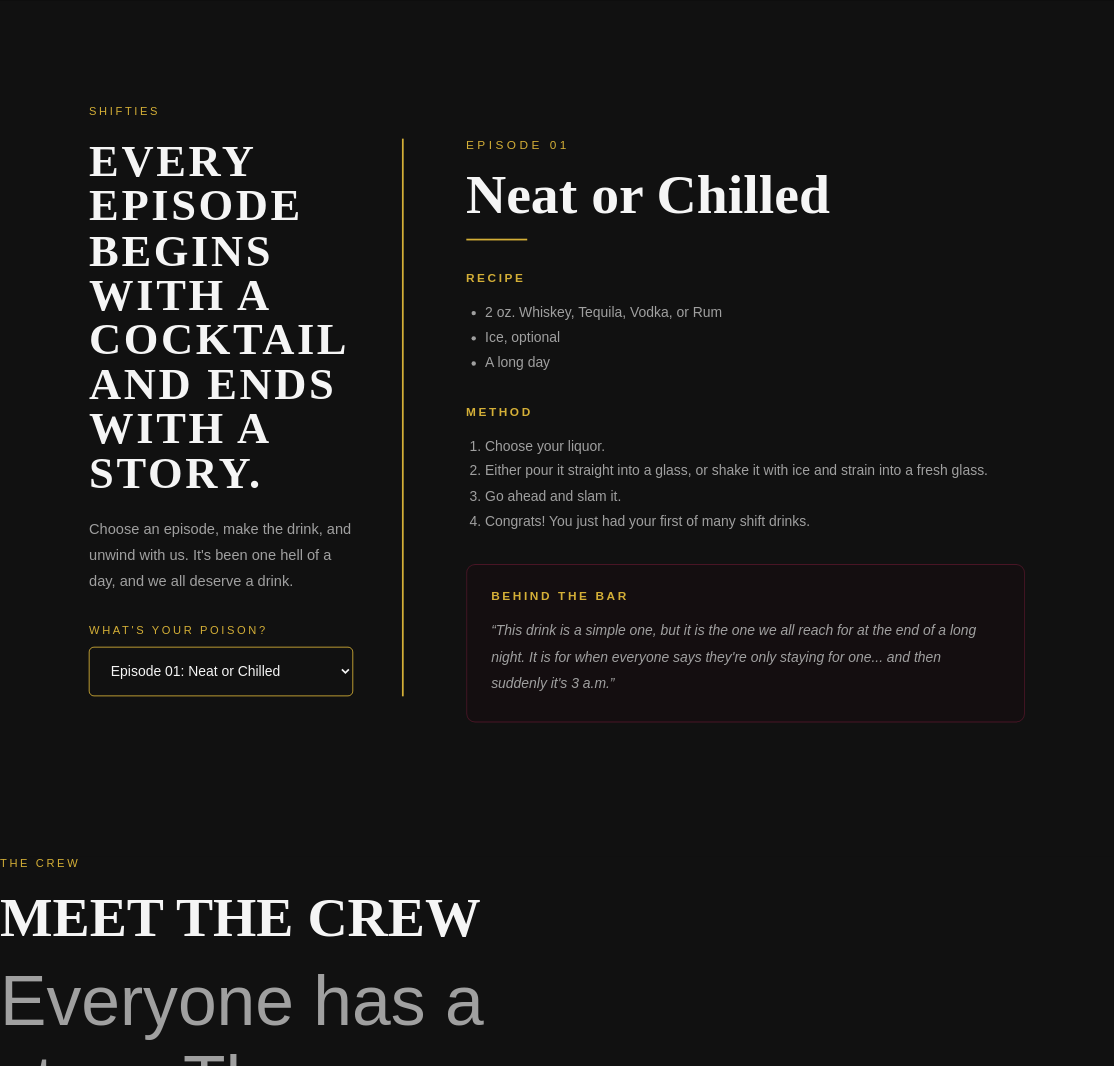
Repository: Gage-Codes/BarRot
Page: css/Website.html
These files come from the project's save history. The page is drawn as it stood at one moment and after the next save; the edit follows.
The browser window is 1280 px wide. The pictures show the part of the page from y = 2336 to 3561 px (the page is 4637 px tall before and 4198 px after), at 87% of full size.
Pictures or frames that could not be fetched are drawn as grey boxes.

Above is the page before, as saved 2026-07-03 01:21:59.
Not found: css/java.js

### css/Website.html
<!DOCTYPE html>
<html lang="en">

<head>
    <meta charset="UTF-8">
    <meta name="viewport" content="width=device-width, initial-scale=1.0">
    <title>Bar Rot: Your Neighborhood Podcast</title>
    <link href="https://fonts.googleapis.com/css2?family=Cormorant+Garamond:wght@400;700&family=Roboto:wght@400;700&display=swap" rel="stylesheet">
    <link rel="stylesheet" href="style.css">
</head>

<!-- The Navigation Bar/Logo -->

<body>
<header>
    <nav class="navbar">
        <a href="#" class="logo">BAR ROT</a>
        <ul class="nav-links">
            <li><a href="#about">About</a></li>
            <li><a href="#episodes">Episodes</a></li>
            <li><a href="#recipes">Recipes</a></li>
            <li><a href="#hosts">Hosts</a></li>
            <li><a href="#reviews">Reviews</a></li>
            <li><a href="#contact">Contact</a></li>
        </ul>
    </nav>
</header>

<!-- Title/Hero Section -->

<main>
    <section id="hero">
        <div class="hero-content">

            <p class="eyebrow">A late-night podcast</p>
            <h1>Where bad decisions make good stories.</h1>
            <p class="hero-text">
                Bar Rot is a podcast about the chaos of working in nightlife and the friendships
                we've made along the way. These are the stories we tell after last call.
            </p>
            <div class="hero-buttons">
                <a href="#episodes" class="btn primary-btn">Listen Now</a>
                <a href="#about" class="btn secondary-btn">Learn More</a>
            </div>
        </div>
    </section>

<!-- The About Section -->

    <section id="about">
        <div class="section-label">About the Podcast</div>
        <div class="about-grid">
            <div>
                <h2>Come find a spot at the bar. We have some shit to talk about.</h2>
            </div>
            <div>
                <p>
                    Welcome to Bar Rot! The late-night podcast where we discuss nightlife,
                    bad decisions, friendship, dating, work, the chaos of the industry, and how Terry keeps
                    calling out and still has a job.
                </p>
                <p>
                    Join us for our post-shift therapy session, some trash talk, and a few good laughs.
                    Bar Rot is for anyone who regrets saying “one more shot”...
                    and for those of us who pour them.
                </p>
            </div>
        </div>
    </section>

<!--Episodes (Recent Episode) Section -->

    <section id="episodes">
        <div class="section-label">Latest Episodes</div>
        <div class="episodes-header">
            <h2>Real stories with real friends.</h2>
            <p>Three bartenders. One bottle. No filter.</p>
        </div>
        <article class="episode-card">
            <div class="episode-cover-area">
                <div class="record">
                    <div class="record-label">
                        <span>BAR</span>
                        <span>ROT</span>
                    </div>
                </div>
                <div class="album-cover">
                    <img src="images/episode-one.jpg" alt="The Bar Rot hots sitting togeather after work unwinding with a few dinks">
                </div>
            </div>
            <div class="episode-info">
                <p class="episode-number">Episode 01</p>
                <h3>Better To Leave It Where We Found It</h3>
                <p class="episode-description">
                    The stories we tell at the end of the night are the ones we probably shouldn't.
                    Welcome to the first round of Bar Rot.
                </p>
                <div class="episode-meta">
                    <span>46 minutes</span>
                    <span>June 2026</span>
                </div>
                <div class="cocktail-box">
                    <p>This Episodes Shift Drink:</p>
                    <h4>Neat or Chilled</h4>
                </div>
                <div class="episode-buttons">
                    <a href="#" class="btn primary-btn">Listen Now</a>
                    <a href="#recipes" class="btn secondary-btn">View Recipe</a>
                </div>
            </div>
        </article>
    </section>

<!--Shift Drinks/Recipes Section -->

    <section id="recipes">
        <div class="section-label">Shifties</div>
            <div class="recipes-layout">
                <div class="recipe-intro">
                    <h2>Every episode begins with a cocktail and ends with a story.</h2>
                    <p>
                        Choose an episode, make the drink, and unwind with us.
                        It's been one hell of a day, and we all deserve a drink.
                    </p>
                    <label for="cocktail-select">What's your poison?</label>
                    <select id="cocktail-select">
                        <option value="episode-one">Episode 01: Neat or Chilled</option>
                        <option value="episode-two">Episode 02: Schedule Not Yet Posted</option>
                        <option value="episode-three">Episode 03: Schedule Not Yet Posted</option>
                    </select>
                </div>
                <div class="recipe-content">
                    <p class="episode-number">Episode 01</p>
                    <h3>Neat or Chilled</h3>
                    <div class="recipe-divider">
                    </div>
                    <div class="recipe-block">
                        <h4>Recipe</h4>
                        <ul>
                            <li>2 oz. Whiskey, Tequila, Vodka, or Rum</li>
                            <li>Ice, optional</li>
                            <li>A long day</li>
                        </ul>
                    </div>
                    <div class="recipe-block">
                        <h4>Method</h4>
                        <ol>
                            <li>Choose your liquor.</li>
                            <li>Either pour it straight into a glass, or shake it with ice and strain into a fresh glass.</li>
                            <li>Go ahead and slam it.</li>
                            <li>Congrats! You just had your first of many shift drinks.</li>
                        </ol>
                    </div>
                    <div class="recipe-block host-note">
                        <h4>Behind the Bar</h4>
                        <p>“This drink is a simple one, but it is the one we all reach for at the end of a long night.
                            It is for when everyone says they're only staying for one... and then suddenly it's 3 a.m.”
                        </p>
                    </div>
                </div>
            </div>
    </section>

<!--Meet the Hosts-->

    <section id="hosts">
        <div class="section-label">The Crew</div>
        <h2 class="host-title">
            Meet the Crew
        </h2>
        <p class="hosts-subtitle">
            Everyone has a story. These three just decided to record them.
        </p>
        <div class="section-divider">
        </div>
        <div class="host-grid">
            <article class="host-card">
                <img src="images/gage.jpg" alt="Gage" class="host-photo">
                <div class="host-info">
                    <h3>Gage</h3>
                    <p class="host-nickname">
                        <i>"The Golden Child"</i>
                    </p>
                    <div class="host-divider">
                    </div>
                    <div class="host-detail">
                        <span class="detail label">
                            SHIFT DRINK:
                        </span>
                        <span class="detail value">
                            Naked and Famous
                        </span>
                    </div>
                    <div class="host-detail">
                        <span class="detail label">
                            KNOWN FOR:
                        </span>
                        <span class="detail value">
                            Drinking tequila out of a Red Bull can.
                        </span>
                    </div>
                    <div class="host-detail">
                        <span class="detail label">
                            SHIFT QUOTE:
                        </span>
                        <span class="detail value">
                            "Can we hurry this up? I can feel my Adderall starting to wear off."
                        </span>
                    </div>
                </div>
            </article>
            <article class="host-card">
                <img src="images/aylen.jpg" alt="Aylen" class="host-photo">
                <div class="host-info">
                    <h3>Aylen</h3>
                    <p class="host-nickname">
                        <i>"The Personality Hire"</i>
                    </p>
                    <div class="host-divider">
                    </div>
                    <div class="host-detail">
                        <span class="detail label">
                            SHIFT DRINK:
                        </span>
                        <span class="detail value">
                            Passionfruit Margarita
                        </span>
                    </div>
                    <div class="host-detail">
                        <span class="detail label">
                            BIGGEST PET PEEVE:
                        </span>
                        <span class="detail value">
                            "People waving cash in my face."
                        </span>
                    </div>
                    <div class="host-detail">
                        <span class="detail label">
                            MOST LIKELY TO:
                        </span>
                        <span class="detail value">
                            Rip a shot with a guest behind the bar.
                        </span>
                    </div>
                </div>
            </article>
        </div>
    </section>

    <section id="reviews"></section>

    <section id="contact"></section>

</main>

<footer></footer>

<!--Java Script/Nav Bar-->

<script src="java.js"></script>

</body>

</html>

### css/style.css

/* Varbles and Global Styles */

:root {
    --background-color: #111111;
    --surface: #1B1B1B;
    --primary: #8B1E3F;
    --accent: #D4AF37;
    --text: #F5F5F5;
    --gray: #A0A0A0;
    --muted: #A0A0A0;
}

* {
    margin: 0;
    padding: 0;
    box-sizing: border-box;
}

body {
    font-family: 'Arial', sans-serif;
    background-color: var(--background-color);
    color: var(--text);
}

/* Navigation Bar/Logo Styles */

.navbar {
    position: fixed;
    top: 0;
    left: 0;
    width: 100%;
    height: 90px;
    padding: 0 80px;
    display: flex;
    justify-content: space-between;
    align-items: center;
    background: rgba(8,8,8,0.55);
    backdrop-filter: blur(12px);
    border-bottom: 1px solid rgba(255,255,255,0.08);
    z-index: 1000;
}
.logo {
    color: #F5F5F5;
    text-decoration: none;
    font-size: 3rem;
    font-weight: 700;
    font-family: "Cormorant Garamond", serif;
    letter-spacing: 4px;
}
.nav-links {
    display: flex;
    gap: 70px;
    list-style: none;
}
.nav-links a {
    position: relative;
    color: #F5F5F5;
    font-weight: 600;
    font-size: 0.95rem;
    text-transform: uppercase;
    text-decoration: none;
    letter-spacing: 2px;
    transition: .3s ease;
}
.nav-links a:hover {
    color: var(--accent);
}
.nav-links a.active{
    color: var(--accent);
}
.nav-links a.active::after {
    content: "";
    position: absolute;
    bottom: -22px;
    left: 50%;
    transform: translateX(-50%);
    width: 90%;
    height: 3px;
    background-color: var(--accent);
    border-radius: 50px;
}

/* Hero/Top of Page Section Styles */

#hero {
    min-height: 100vh;
    padding: 0 8%;
    display: flex;
    align-items: center;
    background:
        linear-gradient(rgba(10,10,10,0.15), rgba(10,10,10,0.45)),
        radial-gradient(circle at top right,
        rgba(139,30,63,0.45), transparent 75%),
        url("images/bar-rot-hero.jpg");
background-size: cover;
background-position: center right;
background-repeat: no-repeat;
}
.hero-content {
    max-width: 720px;
}
.eyebrow {
    color: var(--accent);
    text-transform: uppercase;
    letter-spacing: 3px;
    font-size: 0.85rem;
    margin-bottom: 18px;
}
h1 {
    font-size: clamp(3rem, 7.5vw, 6.5rem);
    font-family: "Cormorant Garamond", serif;
    text-transform: uppercase;
    line-height: 0.90;
    margin-bottom: 24px;
}
.hero-text {
    color: var(--muted);
    font-size: 1.15rem;
    line-height: 1.7rem;
    max-width: 560px;
    margin-bottom: 34px;
}
.hero-buttons {
    display: flex;
    gap: 16px;
    flex-wrap: wrap;
}
.btn {
    padding: 14px 24px;
    border-radius: 999px;
    text-decoration: none;
    font-weight: 700;
}
.primary-btn {
    background: var(--primary);
    color: var(--text);
}
.secondary-btn {
    border: 1px solid var(--accent);
    color: var(--accent);
}

/* About Section Styles */

#about {
    padding: 120px 8%;
    background-color: var(--background-color);
}
.section-label {
    color: var(--accent);
    text-transform: uppercase;
    letter-spacing: 3px;
    font-size: 0.8rem;
    margin-bottom: 24px;
}
.about-grid {
    display: grid;
    grid-template-columns:1fr 1.2fr;
    gap: 64px;
    align-items: start;
}
#about h2 {
    font-size: clamp(2.2rem, 4.5vw, 4rem);
    font-family: "Cinzel", serif;
    text-transform: uppercase;
    line-height: 1;
}
#about p {
    color: var(--gray);
    font-size: 1.05rem;
    line-height: 1.8;
    margin-bottom: 22px;
}

/* Episode Section Syle */

#episodes{
    position: relative;
    padding: 120px 8%;
    background-image:
        linear-gradient(rgba(0,0,0,.25), rgba(0,0,0,.25)),
        url("images/bar-rot-ep.jpg");
    background-position: 135% center;
    background-repeat: no-repeat;
    background-size: cover;
    overflow:hidden;
    /* Background Overlay/Readability */
    background-blend-mode: overlay;
}
.episodes-header {
    text-align: center;
    margin-bottom: 70px;
}
.episodes-header h2 {
    font-family: "Cinzel", serif;
    font-size: clamp(2.8rem, 4vw, 5rem);
    line-height: 1;
    text-transform: uppercase;
    letter-spacing: 3px;
    margin-bottom: 18px;
}
.episodes-header p {
    color: var(--gray);
    font-size: 1.5rem;
}
.episode-card {
    display: grid;
    grid-template-columns: 1fr 1fr;
    gap: 72px;
    align-items: center;
    padding: 48px;
    border: 1px solid rgba(212, 175, 55, 0.25);
    border-radius: 18px;
    background: rgba(20, 20, 20, 0.25);
    box-shadow: 0 30px 80px rgba(0, 0, 0, 0.45);
}
.album-area {
    position: relative;
    min-height: 480px;
    display: flex;
    align-items: center;
}
.album-cover {
    width: min(100%, 380px);
    aspect-ratio: 1/1;
    position: relative;
    z-index: 2;
    border: 1px solid rgba(212, 175, 55, 0.35);
    border-radius: 12px;
    overflow: hidden;
    box-shadow: 0 25px 60px rgba(20, 20, 20, 0.60);
}
.album-cover img {
    width: 100%;
    height: 100%;
    object-fit: cover;
    display: block;
}

/* Record/Episode Cover */

.record {
    width: 330px;
    height: 330px;
    border-radius: 50%;
    position: absolute;
    left: 240px;
    z-index: 1;
    background:
    radial-gradient(circle, #8B1E3F 0 16%, #121212 17% 100%),
    repeating-radial-gradient(circle, #2a2a2a 0 2px, #161616 3px 5px);
    box-shadow:
    inset 0 0 35px rgba(255,255,255,0.12),
    inset 0 0 90px rgba(0, 0, 0, 0.95),
    0 20px 50px rgba(0, 0, 0, 0.7);
    transition: transform 0.4s ease;
}
.record-label {
    position: absolute;
    inset: 50%;
    transform: translate(-50%, -50%);
    width: 105px;
    height: 105px;
    border-radius: 50%;
    background: var(--primary);
    border: 1px solid rgba(212, 175, 55, 0.5);
    display:flex;
    flex-direction: column;
    justify-content: center;
    align-items: center;
    color: var(--accent);
    font-family: "Cinzel", serif;
    font-size: 1.25rem;
    letter-spacing: 1px;
}
.episode-card:hover .record {
    transform: translateX(80px) rotate(10deg);
}
.episode-number {
    color: var(--accent);
    text-transform: uppercase;
    letter-spacing: 4px;
    font-size: 0.85rem;
    margin-bottom: 18px;
}
.episode-info h3 {
    font-family: "Cinzel", serif;
    font-size: clamp(2.4rem, 5vw, 4rem);
    line-height: 1;
    margin-bottom: 24px;
}
.episode-meta {
    display: flex;
    gap: 22px;
    color: var(--text);
    text-transform: uppercase;
    letter-spacing: 2px;
    font-size: 0.8rem;
    margin-bottom: 28px;
}

/* Cocktail Box/Shift Drink Style Section */

.cocktail-box {
    border: 1px solid rgba(212, 175, 55, 0.25);
    border-radius: 12px;
    padding: 22px;
    margin-bottom: 30px;
    background: rgba(0, 0, 0, 0.25);
}
.cocktail-box p {
    color: var(--accent);
    text-transform: uppercase;
    letter-spacing: 3px;
    font-size: 0.75rem;
    margin-bottom: 8px;
}
.cocktail-box h4 {
    font-family: "Cinzel", serif;
    font-size: 1.7rem;
    font-style: italic;
}
.episode-buttons {
    display: flex;
    gap: 16px;
    flex-wrap: wrap;
}

/* Recipe Section Styles */

#recipes {
    padding: 120px 8%;
    background-color: var(--background-color);
}
.recipes-layout {
    display: grid;
    grid-template-columns: .9fr 1.6fr;
    gap: 72px;
    align-items: start;
}
.recipe-intro {
    border-right: 2px solid var(--accent);
    padding-right: 56px;
}
.recipe-intro h2 {
    font-family: "Cinzel", serif;
    font-size: clamp(2.1rem, 4vw, 3.5rem);
    line-height: 1;
    /* Might Change/delete uppercase and letter-spacing (comeback to) */
    text-transform: uppercase;
    letter-spacing: 3px;
    line-height: 1;
    margin-bottom: 24px;
}
.recipe-intro p {
    color: var(--gray);
    font-size: 1.05rem;
    line-height: 1.8;
    margin-bottom: 32px;
}
.recipe-intro label {
    display: block;
    color: var(--accent);
    text-transform: uppercase;
    letter-spacing: 3px;
    font-size: 0.8rem;
    margin-bottom: 12px;
}
#cocktail-select {
    width: 100%;
    padding: 18px 20px;
    background: transparent;
    color: var(--text);
    border: 1px solid var(--accent);
    border-radius: 6px;
    font-size: 1rem;
}
.recipe-content h3 {
    font-family: "Cinzel", serif;
    font-size: clamp(2.8rem, 5vw, 4.8rem);
    line-height: 1;
    margin-bottom: 18px;
}
.recipe-divider {
    width: 70px;
    height: 2px;
    background-color: var(--accent);
    margin-bottom: 36px;
}
.recipe-block {
    margin-bottom: 34px;
}
.recipe-block h4 {
    color: var(--accent);
    text-transform: uppercase;
    letter-spacing: 3px;
    font-size: 0.85rem;
    margin-bottom: 18px;
}
.recipe-block ul,
.recipe-block ol {
    color: var(--gray);
    line-height: 1.8;
    padding-left: 22px;
}
.host-note {
    padding: 28px;
    border: 1px solid rgba(139, 30, 63, 0.45);
    border-radius: 10px;
    background: rgba(50, 4, 18, 0.12);
}
.host-note p {
    color: var(--gray);
    font-style: italic;
    line-height: 1.9;
}

/* Media Queries/Screen Adjustment Episodes */

@media (min-width: 1400px) {
    .record {
        left:315px;
    }
    .episode-card:hover .record {
        transform: translateX(120px) rotate(10deg);
    }
}
@media (min-width: 992px) and (max-width: 1399px) {
    .record {
        left: 240px;
    }
    .episode-card:hover .record {
        transform: translateX(80px) rotate(10deg);
    }
}
@media (max-width: 991px) {
    .episode-card {
        grid-template-columns: 1fr;
        gap: 40px;
    }
    .album-cover {
        width: min(100%, 360%);
    }
    .album-area {
        min-height: 420px;
        justify-content: center;
    }
    .record {
        width: 300px;
        height: 300px;
        left: 50%;
        transform: translateX(-10%);
    }
    .episode-card:hover .record {
        transform: translateX(10%) rotate(8deg);
    }
}

/* Host Section Styles */

#host {
    padding: 120px 8%;
    background: var(--background-color);
}
.host-title {
    font-family: "Cinzel", serif;
    font-size: clamp(2.8rem, 5vw, 5rem);
    line-height: 1;
    text-transform: uppercase;
    margin-bottom: 18px;
}
.hosts-subtitle {
    color: var(--gray);
    font-size: 5rem;
    max-width: 620px;
    margin-bottom: 32px;
}
.section-divider {
    width: 90px;
    height: 2px;
    background-color: var(--accent);
    margin-bottom: 64px;
}
.host-grid {
    display: grid;
    grid-template-columns: repeat(3, 1fr);
    gap: 32px;
    margin-top: 48px;
}
.host-card {
    width: 100%;
    border: 1px solid rgba(212, 175, 55, 0.22);
    border-radius: 18px;
    overflow: hidden;
    background: rgba(20, 20, 20, 0.45);
    box-shadow: 0 30px 80px rgba(0, 0, 0, 0.35);
    transition: transform 0.3s ease, box-shadow 0.3s ease;
}
.host-card:hover {
    transform: translateY(-8px);
    border-color: rgba(212, 175, 55, 0.55);
}
.host-photo {
    width: 100%;
    height: 320px;
    object-fit: cover;
    display: block;
}
.host-info {
    padding: 28px;
}
.host-info h3 {
    font-family: "Cinzel", serif;
    font-size: 2rem;
    margin-bottom: 8px;
}
.host-nickname {
    color: var(--accent);
    text-transform: uppercase;
    letter-spacing: 2px;
    font-size: 0.85rem;
    margin-bottom: 18px;
}
.host-divider {
    width: 48px;
    height: 2px;
    background-color: var(--accent);
    margin-bottom: 24px;
}
.host-detail {
    margin-bottom: 22px;
}
.detail-label {
    display: block;
    color: var(--accent);
    text-transform: uppercase;
    letter-spacing: 2px;
    font-size: 0.75rem;
    margin-bottom: 6px;
}
.detail-value {
    display: block;
    color: var(--gray);
    line-height: 1.6;
}

After the next save:
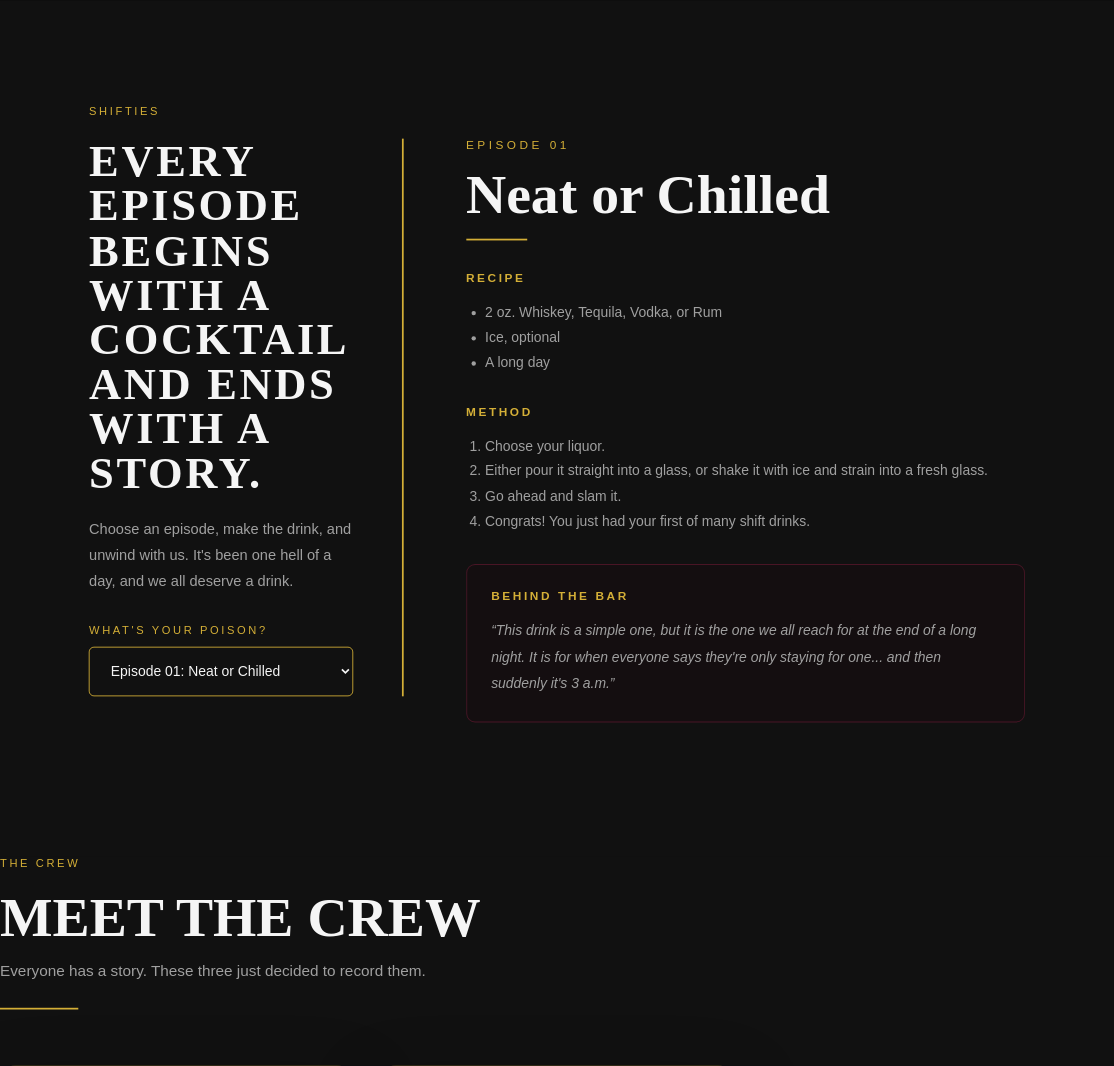
Saved 23 s later.
--- a/css/style.css
+++ b/css/style.css
@@ -472,7 +472,7 @@
 }
 .hosts-subtitle {
     color: var(--gray);
-    font-size: 5rem;
+    font-size: 1.1rem;
     max-width: 620px;
     margin-bottom: 32px;
 }
